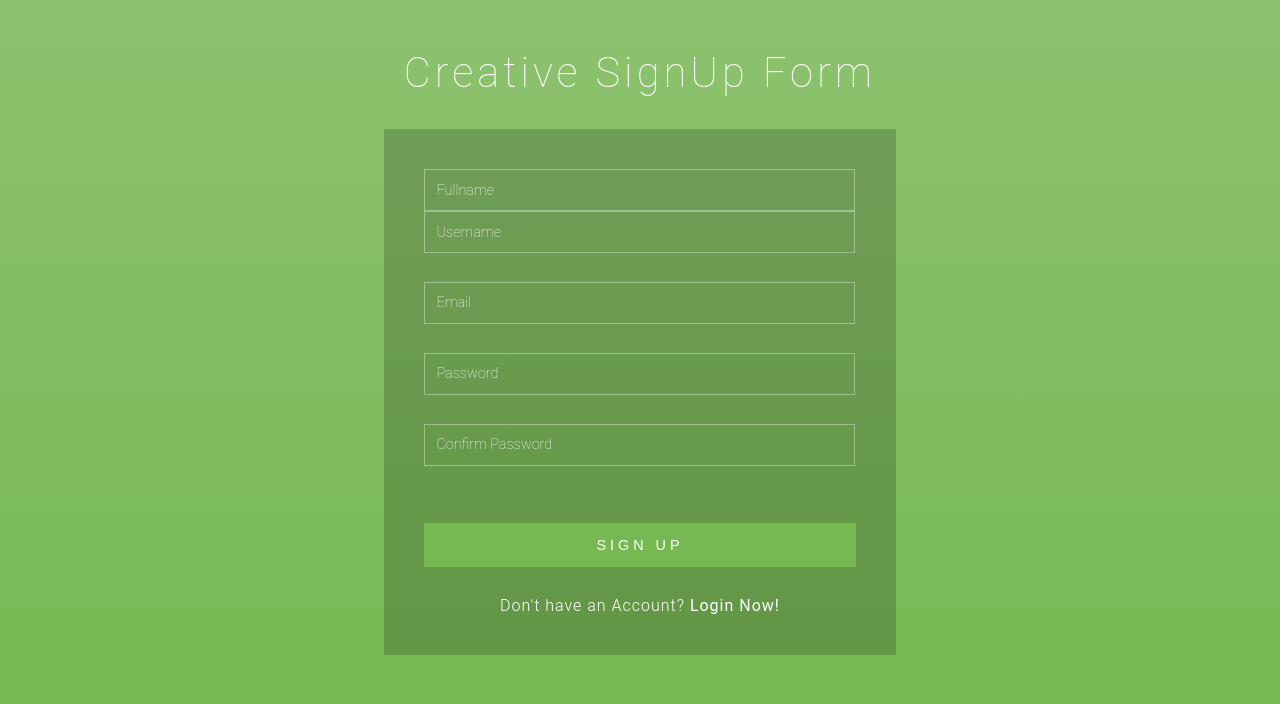
Repository: hosi04/BaiTapWeb
Page: http://localhost/BaiTapWeb_Login/views/register.jsp
These files come from the project's save history. The page is drawn as it stood at one moment and after the next save; the edit follows.
The browser window is 1280 px wide. The pictures show the whole page.
The page is served by Tomcat 9.

Above is the page before, as saved 2024-09-07 14:52:06.

After the next save:
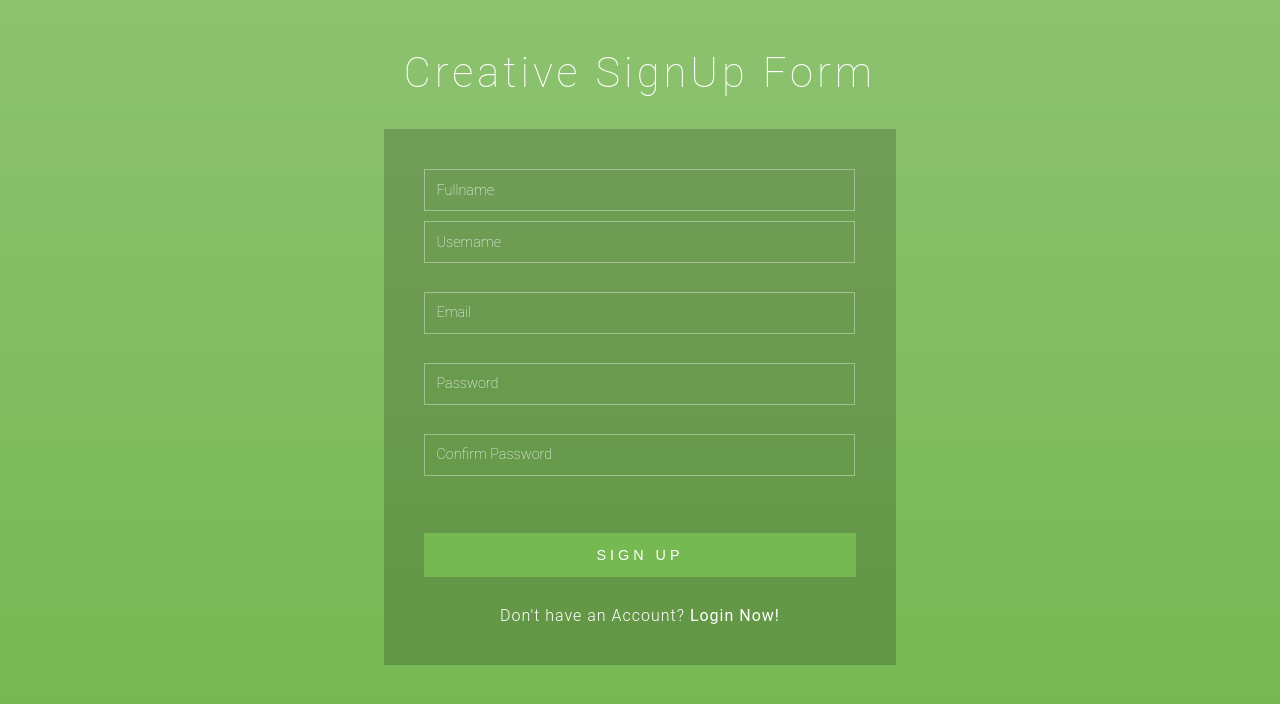
Saved 76 s later.
--- a/BaiTapWeb_Login/src/main/webapp/views/register.jsp
+++ b/BaiTapWeb_Login/src/main/webapp/views/register.jsp
@@ -23,7 +23,7 @@ String url = request.getScheme() + "://" + request.getServerName() + ":" + reque
 		<div class="main-agileinfo">
 			<div class="agileits-top">
 				<form action="<%=url %>/Register" method="post">
-					<input class="text" type="text" name="hoVaTen" placeholder="Fullname" required="">
+					<input style="margin-bottom: 10px" class="text" type="text" name="hoVaTen" placeholder="Fullname" required="">
 					<input class="text" type="text" name="tenDangNhap" placeholder="Username" required="">
 					<input class="text email" type="email" name="email" placeholder="Email" required="">
 					<input class="text" type="password" name="matKhau" placeholder="Password" required="">
